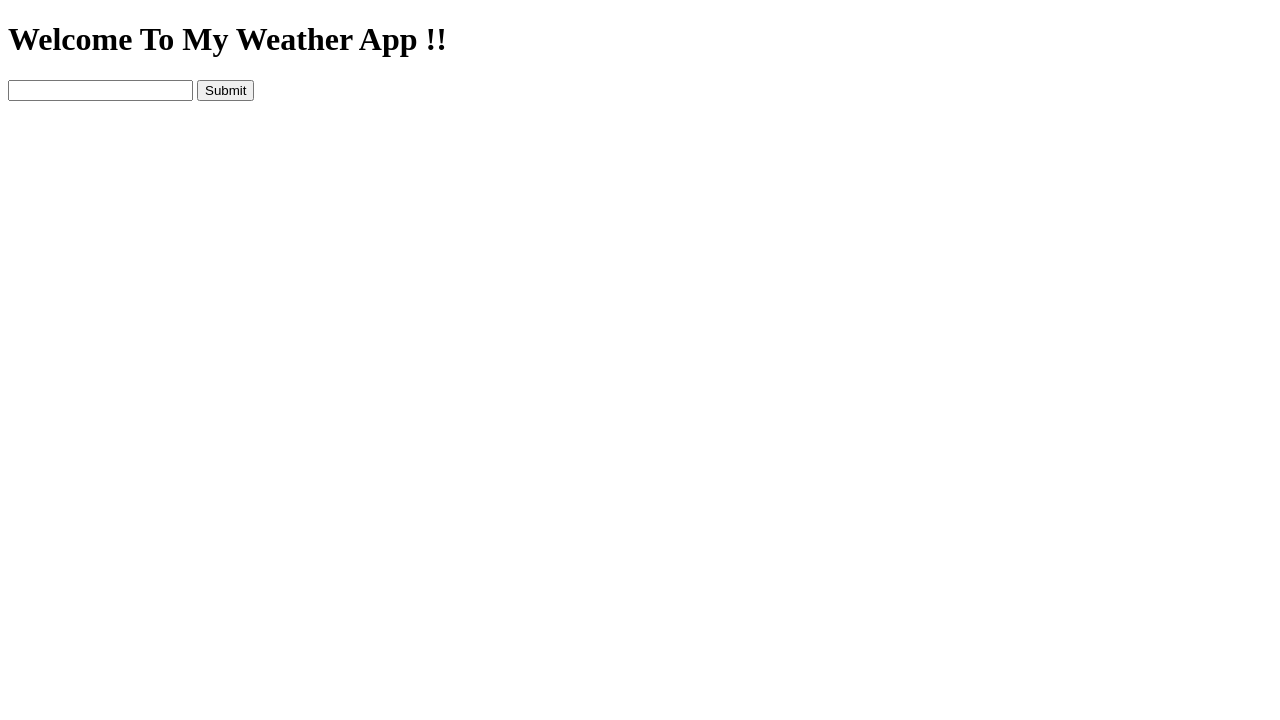
Repository: rath23/eclipse-workspace
Page: MyWeatherApp/src/main/webapp/Index.html
An editor plug-in stored every save of this project. The page is shown before and after the next save, followed by the edit.
The browser window is 1280 px wide. The pictures show the whole page.

Above is the page before, as saved 2023-11-02 17:50:40.

### MyWeatherApp/src/main/webapp/Index.html
<!DOCTYPE html>
<html>
<head>
<meta charset="UTF-8">
<title>My Weather App</title>
</head>
<body>
<h1>Welcome To My Weather App !!</h1>

<form action="MyServlet" method="post">
	<input type="text" name="user_input">
	<button>Submit</button>
</form>
</body>
</html>

### MyWeatherApp/src/main/webapp/style.css
@charset "UTF-8";

    * {
  margin: 0;
  padding: 0;
  box-sizing: border-box;
  font-family: "Ubuntu", sans-serif;
}

body {
  display: flex;
  height: 100vh;
  align-items: center;
  justify-content: center;
  background: linear-gradient(to right,  #2b40ff,#07121a);
}

.mainContainer {
  width: 25rem;
  height: auto;
  border-radius: 1rem;
  background: #fff;
  box-shadow: 0 14px 28px rgba(0,0,0,0.25),
			0 10px 10px rgba(0,0,0,0.22);
}

.searchInput {
  width: 100%;
  display: flex;
  padding: 1rem 1rem;
  justify-content: center;
}

.searchInput input {
  width: 100%;
  height: 2rem;
  outline: none;
  font-size: 1rem;
  color: #525050;
  padding: 0.2rem 0.5rem;
  border-radius: 1.5rem;
  border: 1px solid #b3b3b3;
}

.searchInput input:focus {
  border: 1px solid #9c9dde;
}

.searchInput button {
  width: 2.2rem;
  height: 2rem;
  cursor: pointer;
  color: #9b9b9b;
  border-radius: 50%;
  margin-left: 0.4rem;
  transition: all 0.3s ease;
  background-color: #fff;
  border: 1px solid #b3b3b3;
}

.searchInput button:hover {
  color: #fff;
  background-color: #9c9dde;
  border: 1px solid #9c9dde;
}

.weatherIcon {
  display: flex;
  padding-top: 0.5rem;
  padding-bottom: 0.5rem;
  justify-content: center;
}

.weatherIcon img {
  max-width: 100%;
  width: 8rem;
}

.weatherDetails .temp{
 font-size: 2rem;
}
.cityDetails {
  color: #323232;
  font-size: 2.5rem;
  text-align: center;
  margin-bottom: 0.5rem;
}

.cityDetails .date {
  color: #323232;
  font-size: 1.5rem;
  text-align: center;
  margin-bottom: 0.5rem;
}

.windDetails {
  display: flex;
  margin-top: 1rem;
  margin-bottom: 1.5rem;
  justify-content: space-around;
}

.windDetails .humidityBox {
  display: flex;
  font-size: 1rem;
  color: #323232;
}

.windDetails .humidity .humidityValue {
 text-align: center;
  font-size: 2rem;
  color: #323232;
}

.windDetails .humidityBox img {
  max-height: 3rem;
  margin-right: 0.5rem;
}

.windDetails .windSpeed {
  display: flex;
  font-size: 1rem;
  color: #323232;
}

.windDetails .windSpeed img {
  max-height: 3rem;
  margin-right: 0.5rem;
}


image-logo{
        height: auto;
        width: auto;
        filter: drop-shadow(20px 10px 10px black);
      }

After the next save:
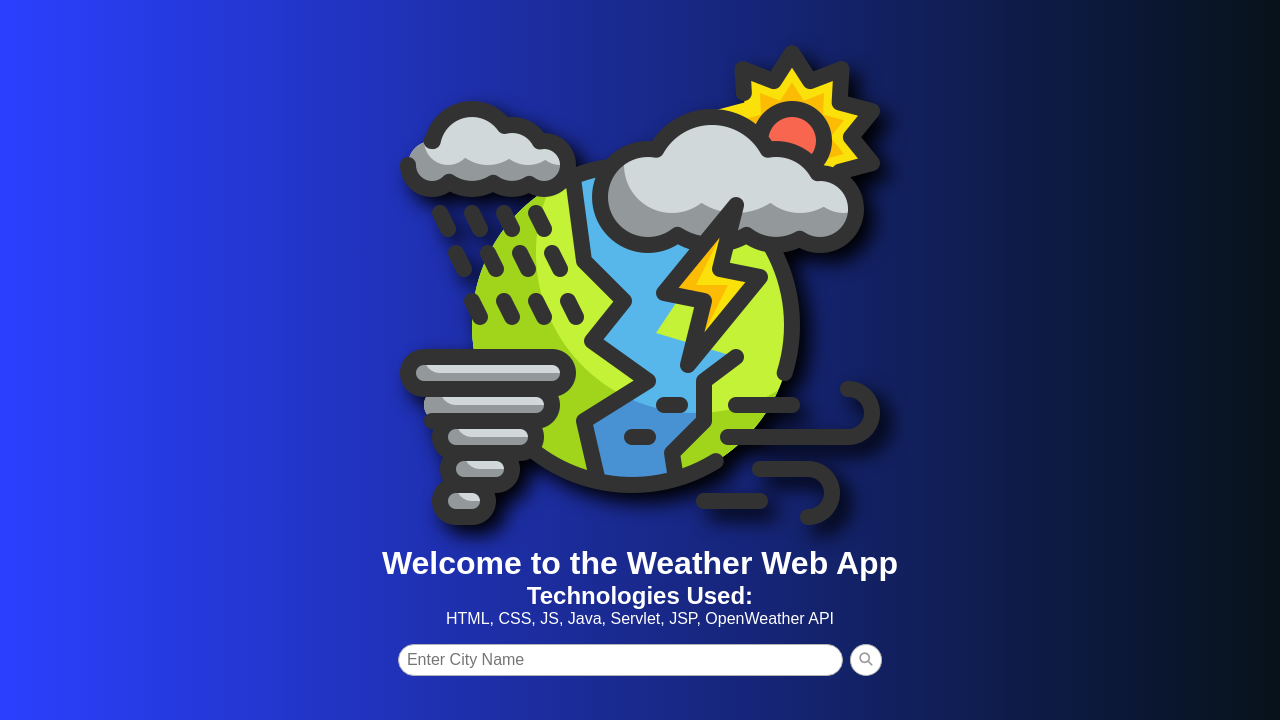
Saved 9 min 25 s later.
--- a/MyWeatherApp/src/main/webapp/Index.html
+++ b/MyWeatherApp/src/main/webapp/Index.html
@@ -1,15 +1,25 @@
 <!DOCTYPE html>
 <html>
 <head>
-<meta charset="UTF-8">
-<title>My Weather App</title>
+ <meta charset="UTF-8">
+    <meta http-equiv="X-UA-Compatible" content="IE=edge">
+    <meta name="viewport" content="width=device-width, initial-scale=1.0">
+    <title>Weather App - CodingWallahSir</title>
+    <link rel="stylesheet" href="https://cdnjs.cloudflare.com/ajax/libs/font-awesome/6.4.0/css/all.min.css" />
+    <link rel="stylesheet" href="style.css" />
+
 </head>
 <body>
-<h1>Welcome To My Weather App !!</h1>
+<div style="color:white; text-align:center">
+<img src="images/weather-logo.png" style=" height: auto;width: auto;filter: drop-shadow(10px 10px 10px black);">
+    <h1>Welcome to the Weather Web App</h1>
 
-<form action="MyServlet" method="post">
-	<input type="text" name="user_input">
-	<button>Submit</button>
-</form>
+    <h2>Technologies Used: </h2> <p>HTML, CSS, JS, Java, Servlet, JSP, OpenWeather API</p>
+     <form action="MyServlet" method="post" class="searchInput">
+            <input type="text" placeholder="Enter City Name" id="searchInput" name="cityName"/>
+            <button id="searchButton"><i class="fa-solid fa-magnifying-glass"></i></button>
+      </form>
+ </div>
+
 </body>
 </html>
